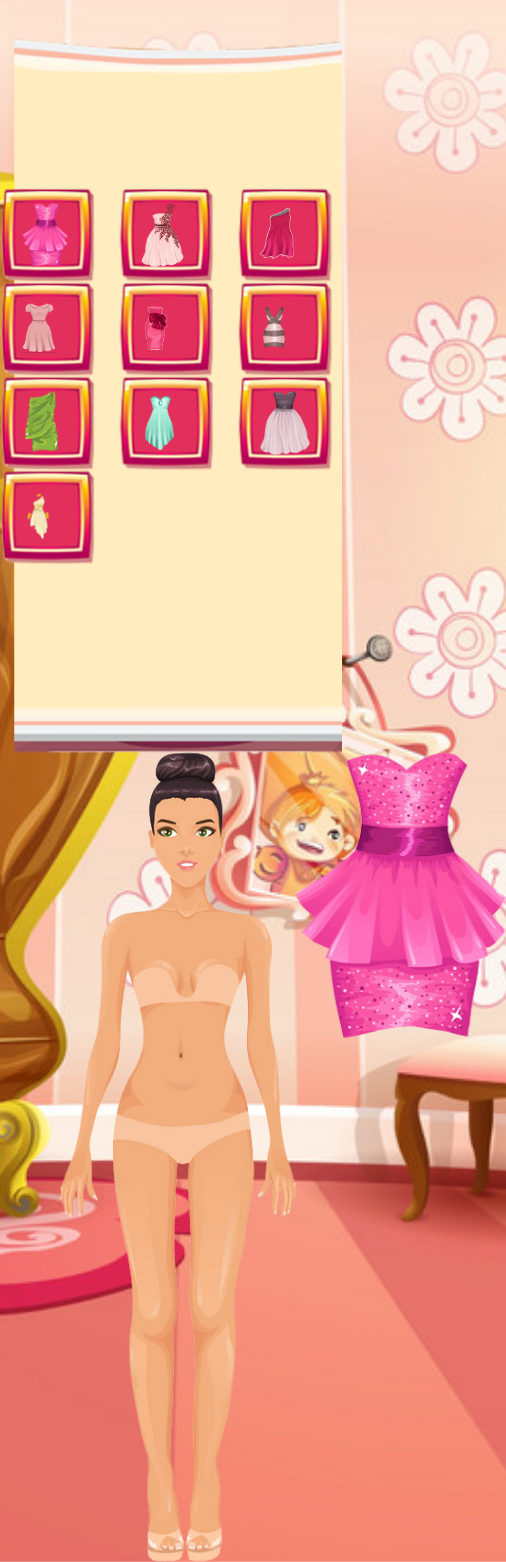
Repository: bunbubam/GameThayDoReactjs_NguyenKhacNghia
Page: /
An editor plug-in stored every save of this project. The page is shown before and after the next save, followed by the edit.
The browser window is 375 px wide. The page is 533 px wide, so the pictures cover 533 px, including what lies to the right of the window. The pictures show the whole page, at 95% of full size.
The project was rebuilt for these pictures with package versions that can differ from the ones it lists, and the page was loaded fresh each time.

Above is the page before, as saved 2022-04-08 16:41:22.

After the next save:
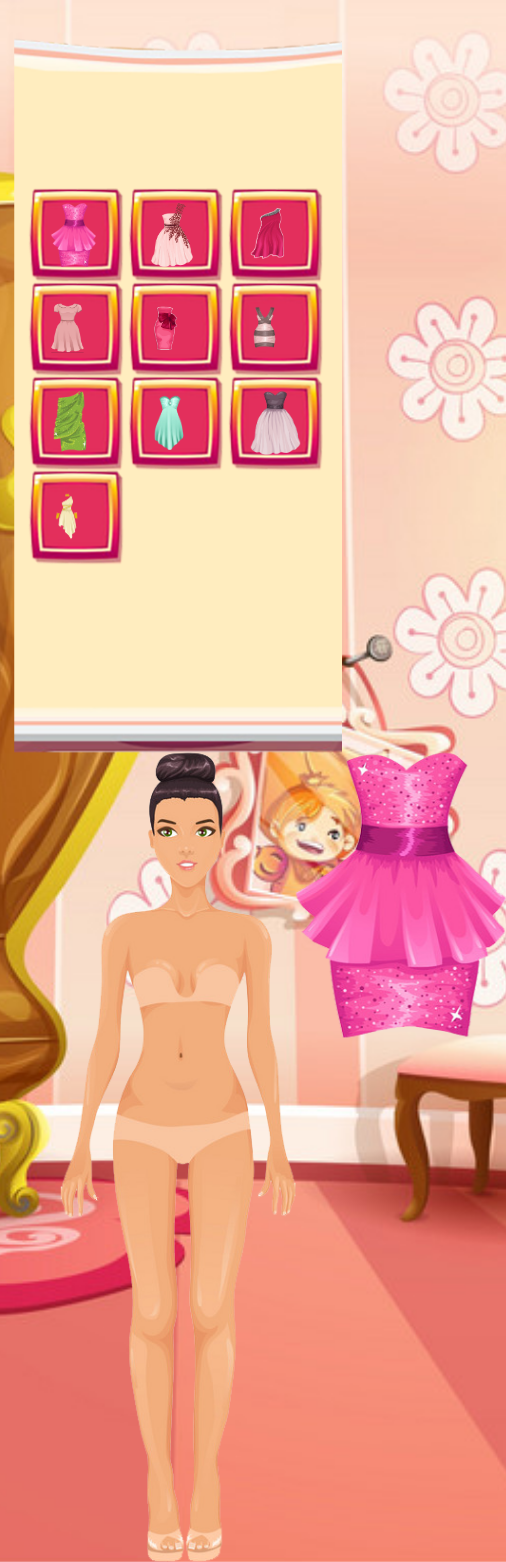
Saved 25 s later.
--- a/src/App.css
+++ b/src/App.css
@@ -77,5 +77,5 @@ body {
     .girl {top: 3%;}
 }
 @media (max-width: 480px) {
-    .clothing-box {padding: 0;}
+    .clothing-box {padding: 30px;}
 }
